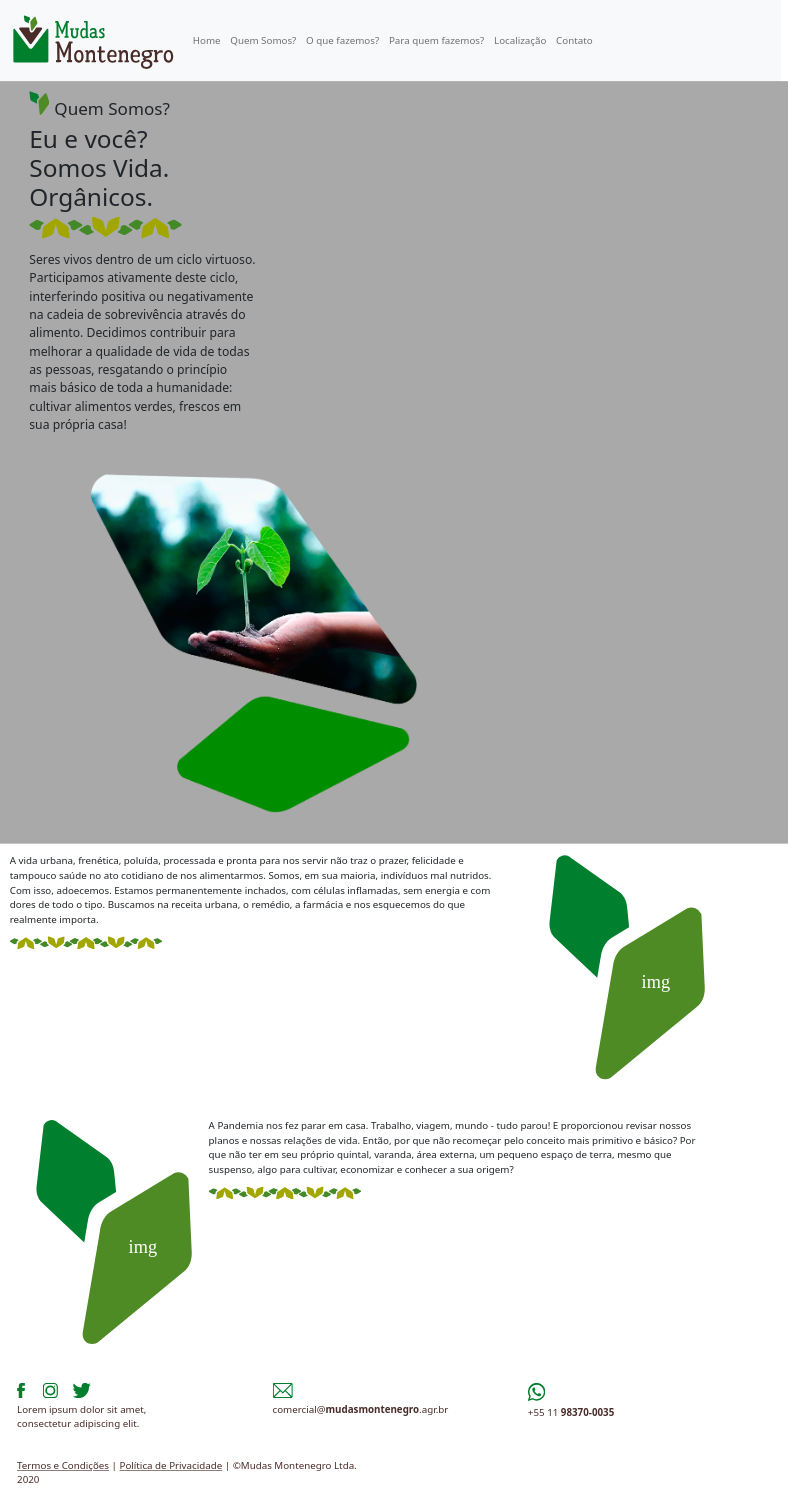
Repository: MaKnok/mudas-montenegro
Page: quem-somos.html
These files come from the project's save history. The page is drawn as it stood at one moment and after the next save; the edit follows.
The browser window is 1280 px wide. The page is 1292 px wide, so the pictures cover 1292 px, including what lies to the right of the window. The pictures show the whole page, at 61% of full size.
Some web libraries are served in a nearby version.

Above is the page before, as saved 2021-06-17 14:38:17.

### quem-somos.html
<!DOCTYPE html>
<html lang="pt-br">

<head>
    <meta charset="utf-8">
    <meta name="viewport" content="width=device-width, initial-scale=1">
    <link rel="icon" type="image/png" href="img/icons/favicon.png"/>
    <title>Mudas Montenegro</title>
    <link href="https://cdn.jsdelivr.net/npm/bootstrap@5.0.1/dist/css/bootstrap.min.css" rel="stylesheet" integrity="sha384-+0n0xVW2eSR5OomGNYDnhzAbDsOXxcvSN1TPprVMTNDbiYZCxYbOOl7+AMvyTG2x" crossorigin="anonymous">
    <script src="https://use.fontawesome.com/releases/v5.0.8/js/all.js"></script>
    <link href="style.css" rel="stylesheet">
</head>

<body>

<!-- Navigation -->
<nav class="navbar navbar-expand-md navbar-light bg-light sticky-top">

  <div class="container-fluid">

      <a class="navbar-brand logo" href="index.html"><img src="img/logo_mudas_mont.svg" alt="Mudas Montenegro"></a>

      <button class="navbar-toggler" type="button" data-toggle="collapse" data-target="#navbarResponsive">
          <span class="navbar-toggler-icon"></span>
      </button>

      <div class="collapse navbar-collapse" id="navbarResponsive">
       <ul class="navbar-nav ml-auto">
            <li class="nav-item active">
              <a class="nav-link" href="index.html">Home</a>
          </li>
            <li class="nav-item">
              <a class="nav-link" href="quem-somos.html">Quem Somos?</a>
            </li>
            <li class="nav-item">
              <a class="nav-link" href="o-que-fazemos.html">O que fazemos?</a>
            </li>
            <li class="nav-item">
              <a class="nav-link" href="para-quem-fazemos.html">Para quem fazemos?</a>
            </li>
            <li class="nav-item">
              <a class="nav-link" href="localizacao.html">Localização</a>
            </li>
            <li class="nav-item">
              <a class="nav-link" href="contato.html">Contato</a>
            </li>
        </ul>
      </div>

  </div>

</nav>

<!--- Intro -->


<div class="row jumbotron section-top" style="background-color: darkgrey;">

  <div class="container-fluid">

      <div class="wrapper">

        <div class="col-xs-12 col-sm-12 col-md-4 col-lg-4 col-xl-4  col-xxl-4">

          <h3 class="page-title">Quem Somos?</h3>

          <h1 class="page-slogan">
            Eu e você?<br/>
            Somos Vida.<br/>
            Orgânicos.
          </h1>

          <img src="img/leaves_sections.svg" class="leaves-home">

          <p class="lead">
            Seres vivos dentro de um ciclo virtuoso. Participamos ativamente deste ciclo, interferindo positiva ou negativamente na cadeia de sobrevivência através do alimento. Decidimos contribuir para melhorar a qualidade de vida de todas
            as pessoas, resgatando o princípio mais básico de toda a humanidade: cultivar alimentos verdes, frescos em sua própria casa!
          </p>

        </div>

        <div class="col-xs-12 col-sm-12 col-md-7 col-lg-7 col-xl-7  col-xxl-7">

                  <source srcset="img/leaves_desktop_img.webp 2x,img/leaves_desktop_img.webp"
                  media="(min-width: 992px)"/>

                  <img src="img/leaves_desktop_img.webp" class="img-fluid" alt="Muda">

        </div>

      </div>

  </div>

</div>




  <div class="container-fluid padding">

  <div class="row content">

    <div class="col-xs-12 col-sm-12 col-md-7 col-lg-7 col-xl-8">
      <p>
      A vida urbana, frenética, poluída, processada e pronta para nos servir não traz o prazer, felicidade e tampouco saúde no ato cotidiano de nos alimentarmos. Somos, em sua maioria, indivíduos mal nutridos.  Com isso, adoecemos. Estamos permanentemente inchados, com células inflamadas, sem energia e com dores de todo o tipo.
      Buscamos na receita urbana, o remédio, a farmácia e nos esquecemos do que realmente importa.
      </p>
      <img src="img/leaves_section_longer.svg" class="leaves-home">
    </div>

    <div class="col-xs-12 col-sm-12 col-md-4 col-lg-4 col-xl-3">
      <img src="img/img_temp.svg" class="float-left" alt="Vida urbana">
    </div>

  </div>




  <div class="container-fluid padding">

  <div class="row content pandemia">

    <div class="col-xs-12 col-sm-12 col-md-4 col-lg-4 col-xl-3 content-1">
        <img src="img/img_temp.svg" class="float-right" alt="Relações de Vida">
    </div>

    <div class="col-xs-12 col-sm-12 col-md-7 col-lg-7 col-xl-8 content-2">
        <p>
        A Pandemia nos fez parar em casa. Trabalho, viagem, mundo - tudo parou!
        E proporcionou revisar nossos planos e nossas relações de vida. Então, por que não recomeçar pelo conceito mais primitivo e básico? Por que não ter em seu próprio quintal, varanda, área externa, um pequeno espaço de terra, mesmo que suspenso, algo para cultivar, economizar e conhecer a sua origem?
        </p>
        <img src="img/leaves_section_longer.svg" class="leaves-home">
    </div>

  </div>

  </div>






<!--- Footer -->
<footer>

  <div class="container-fluid padding">

    <div class="row text-left">

      <div class="col-md-4">

        <ul class="social-icons">
            <li class="social-icon social-icon_first"><a href="#"><img src="img/icons/facebook.svg"></a></li>
            <li class="social-icon social-icon_second"><a href="#"><img src="img/icons/instagram.svg"></a></li>
            <li class="social-icon social-icon_third"><a href="#"><img src="img/icons/twitter.svg"></a></li>
        </ul>
        <p>Lorem ipsum dolor sit amet, <br/>consectetur adipiscing elit.</p>

      </div>

      <div class="col-md-4">

        <img src="img/icons/mail.svg" class="contact-icon">
        <p>comercial@<span class="phrase-bold">mudasmontenegro</span>.agr.br</p>

      </div>

      <div class="col-md-4">

        <img src="img/icons/whatsapp.svg" class="contact-icon contact-icon-zap">
        <p>+55 11 <span class="phrase-bold">98370-0035</span></p>

      </div>

    </div>

    <div class="row text-left">
        <div class="col-md-6">
          <p class="terms-conditions"><a href="#">Termos e Condições</a> | <a href="#">Política de Privacidade</a> | ©Mudas Montenegro Ltda. 2020 </p>
        </div>
    </div>

  </div>

</footer>

</div>

<script src="https://cdn.jsdelivr.net/npm/bootstrap@5.0.1/dist/js/bootstrap.bundle.min.js" integrity="sha384-gtEjrD/SeCtmISkJkNUaaKMoLD0//ElJ19smozuHV6z3Iehds+3Ulb9Bn9Plx0x4" crossorigin="anonymous"></script>

</body>
</html>

### style.css
@import url("https://fonts.googleapis.com/css2?family=Fira+Sans:ital,wght@0,200;0,300;0,400;0,500;0,600;0,700;1,200;1,300;1,400;1,500;1,600;1,700&display=swap");

/*---Media Queries --*/

html {
  -webkit-box-sizing: border-box;
  -moz-box-sizing: border-box;
  box-sizing: border-box;
}

*,
*:before,
*:after {
  -webkit-box-sizing: border-box;
  -moz-box-sizing: border-box;
  box-sizing: inherit;
}

@media (min-width: 992px) {
  .leaves-home {
    width: 250px;
    margin-bottom: 20px;
  }

  .logo {
    width: 280px;
  }

  .phrase-home {
    font-size: 35px;
    line-height: 45px;
  }

  .carousel-caption {
    width: 550px;
    z-index: 10;
    color: #fff;
    text-align: left;
    top: 40%;
    left: 10%;
    bottom: auto;
    -webkit-transform: translate(0, -50%);
    -ms-transform: translate(0, -50%);
    transform: translate(0, -50%);
  }
}

@media (max-width: 991.98px) {
  .leaves-home {
    width: 190px;
    margin-bottom: 15px;
  }

  .logo {
    width: 220px;
  }

  .phrase-home {
    font-size: 30px;
    line-height: 40px;
  }

  .carousel-caption {
    width: 400px;
    z-index: 10;
    color: #fff;
    text-align: left;
    top: 35%;
    left: 10%;
    bottom: auto;
    -webkit-transform: translate(0, -50%);
    -ms-transform: translate(0, -50%);
    transform: translate(0, -50%);
  }
}

@media (max-width: 767.98px) {
  .carousel-caption {
    width: 400px;
    z-index: 10;
    color: #fff;
    text-align: left;
    top: 35%;
    left: 10%;
    bottom: auto;
    -webkit-transform: translate(0, -50%);
    -ms-transform: translate(0, -50%);
    transform: translate(0, -50%);
  }

  .leaves-home {
    width: 190px;
    margin-bottom: 20px;
  }

  .logo {
    width: 220px;
  }

  .pandemia {
    display: flex;
  }

  .pandemia > .content-2 {
    order: -1;
  }

  .phrase-home {
    font-size: 25px;
    line-height: 35px;
  }

  .section-top {
    display: flex;
  }

  .section-top > .image-top {
    order: -1;
  }
}

@media (max-width: 575.98px) {
  .carousel-caption {
    width: 200px;
    z-index: 10;
    color: #fff;
    text-align: left;
    top: 50%;
    left: 8%;
    bottom: auto;
    -webkit-transform: translate(0, -50%);
    -ms-transform: translate(0, -50%);
    transform: translate(0, -50%);
  }

  .leaves-home {
    width: 130px;
    margin-bottom: 10px;
  }

  .logo {
    width: 180px;
  }

  .phrase-home {
    font-size: 16px;
    line-height: 24px;
  }
}

/*---Firefox Bug Fix --*/
.carousel-item {
  transition: -webkit-transform 0.5s ease;
  transition: transform 0.5s ease;
  transition: transform 0.5s ease, -webkit-transform 0.5s ease;
  -webkit-backface-visibility: visible;
  backface-visibility: visible;
  background-color: #000;
}

/*--- Fixed Background Image --*/
figure {
  position: relative;
  width: 100%;
  height: 60%;
  margin: 0 !important;
}

footer {
  background-color: #fff;
  color: #492b28;
  line-height: 22px;
}

ul,
ol,
li {
  list-style: none;
}

ul {
  padding-inline-start: 0;
  margin-bottom: 0.5rem;
}

.fixed-wrap {
  clip: rect(0, auto, auto, 0);
  position: absolute;
  top: 0;
  left: 0;
  width: 100%;
  height: 100%;
}

#fixed {
  background-image: url("img/mac.png");
  position: fixed;
  display: block;
  top: 0;
  left: 0;
  width: 100%;
  height: 100%;
  background-size: cover;
  background-position: center center;
  -webkit-transform: translateZ(0);
  transform: translateZ(0);
  will-change: transform;
}
/*--- Bootstrap Padding Fix --*/
[class*="col-"] {
  padding: 1rem;
}

.carousel-caption {
  text-align: left;
}

.contact-icon {
  margin-bottom: 0.5rem;
}

.page-title {
  font-weight: ;
}

.page-title::before {
  content: "";
  display: inline-block;
  background-image: url(img/icons/leaves.svg);
  background-size: 33px 40px;
  width: 33px;
  height: 40px;
  margin-right: 8px;
}

.phrase-home {
  font-family: "Fira Sans", sans-serif;
}

.phrase-bold {
  font-weight: 600;
}

.picture-home {
  opacity: 0.7;
}

.section-top {
  background-color: #fff;
}

.social-icons {
  text-align: left;
}

.social-icon:not(:first-child) {
  margin-left: 20px;
}

.social-icon:first-child {
  margin-right: 5px;
}

.social-icon {
  display: inline-block;
}

.social-icon > a > img,
.contact-icon {
  height: 25px;
}

.contact-icon-zap {
  height: 30px;
}

.terms-conditions a {
  color: #492b28;
}

.wrapper {
  padding: 0 2em;
}

/*
Extra small (xs) devices (portrait phones, less than 576px)
No media query since this is the default in Bootstrap

Small (sm) devices (landscape phones, 576px and up)
@media (min-width: 576px) { ... }

Medium (md) devices (tablets, 768px and up)
@media (min-width: 768px) { ... }

Large (lg) devices (desktops, 992px and up)
@media (min-width: 992px) { ... }

Extra (xl) large devices (large desktops, 1200px and up)
@media (min-width: 1200px) { ... }
*/

After the next save:
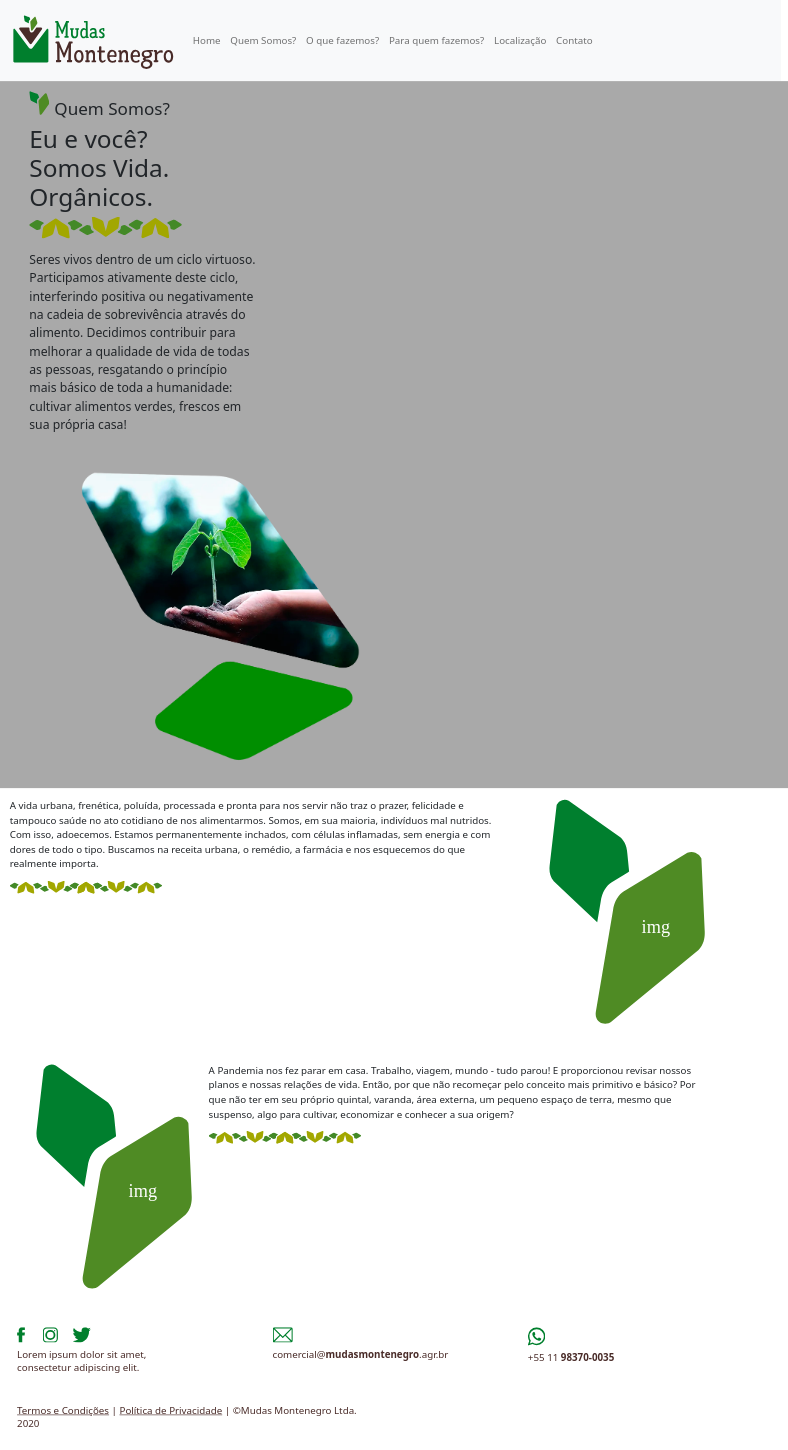
Saved 21 s later.
--- a/quem-somos.html
+++ b/quem-somos.html
@@ -79,7 +79,7 @@
 
         </div>
 
-        <div class="col-xs-12 col-sm-12 col-md-7 col-lg-7 col-xl-7  col-xxl-7">
+        <div class="col-xs-12 col-sm-12 col-md-6 col-lg-6 col-xl-6  col-xxl-6">
 
                   <source srcset="img/leaves_desktop_img.webp 2x,img/leaves_desktop_img.webp"
                   media="(min-width: 992px)"/>
